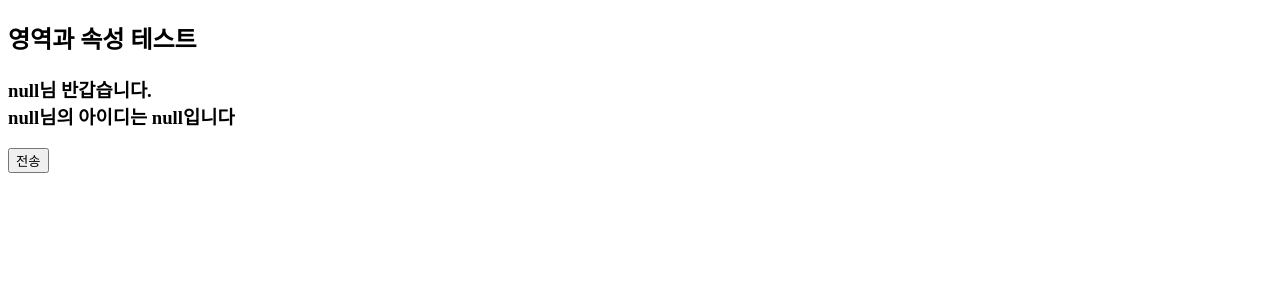
Repository: BancaKim/teamproject4
Page: http://localhost/JspDay3/JSPTEST2/attributeT2.jsp
An editor plug-in stored every save of this project. The page is shown before and after the next save, followed by the edit.
The browser window is 1280 px wide. The pictures show the whole page.
The page is served by Tomcat 9.

Above is the page before, as saved 2024-05-02 01:47:31.

### JspDay3/src/main/webapp/JSPTEST2/attributeT2.jsp
<%@ page language="java" contentType="text/html; charset=UTF-8"
    pageEncoding="UTF-8"%>
<!DOCTYPE html>
<html>
<head>
<meta charset="UTF-8">
<title>Insert title here</title>
</head>
<body>
<h2>영역과 속성 테스트</h2>
<%
request.setCharacterEncoding("UTF-8");
String name = request.getParameter("name");
String id = request.getParameter("id");

/*
받아온 파라미터 값들이 있을 경우 application영역에 setAttribute() 메소드를 사용해 등록
*/
%>


<form action="attributeT3.jsp" method="post">
<h3><%=name %>님 반갑습니다. <br> <%=name %>님의 아이디는 <%=id %>입니다</h3>

<input type="submit" value="전송">

</form>
</body>
</html>

After the next save:
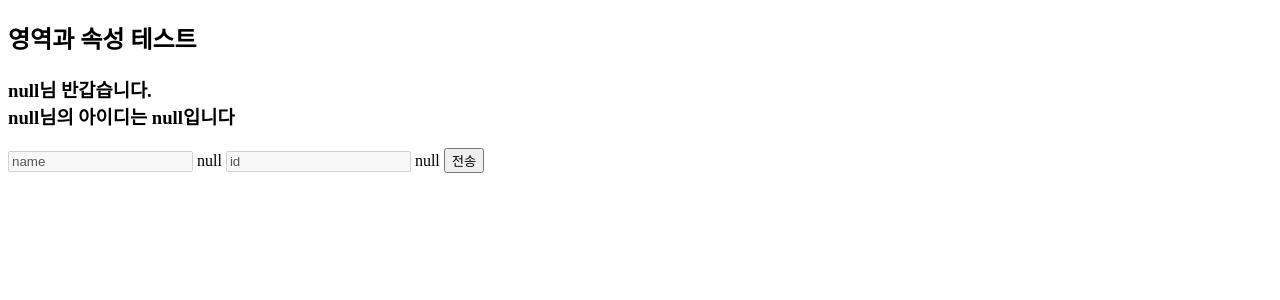
Saved 101 s later.
--- a/JspDay3/src/main/webapp/JSPTEST2/attributeT2.jsp
+++ b/JspDay3/src/main/webapp/JSPTEST2/attributeT2.jsp
@@ -21,6 +21,8 @@
 
 <form action="attributeT3.jsp" method="post">
 <h3><%=name %>님 반갑습니다. <br> <%=name %>님의 아이디는 <%=id %>입니다</h3>
+<input value="name" disabled> <%=name %>
+<input value="id" disabled> <%=id %>
 
 <input type="submit" value="전송">
 
